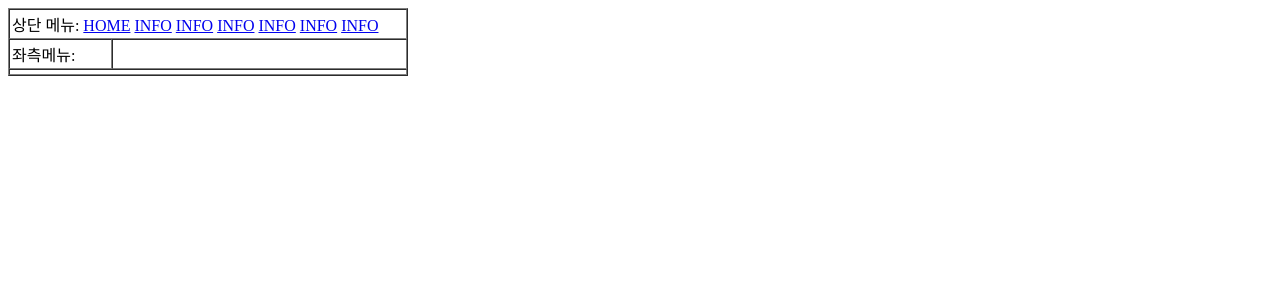
Repository: kwonminsung0/jspStudy
Page: http://localhost/jspStudy/temp/mainPage.jsp
These files come from the project's save history. The page is drawn as it stood at one moment and after the next save; the edit follows.
The browser window is 1280 px wide. The pictures show the whole page.
The page is served by Tomcat 9. Other server files are loaded and not shown.

Above is the page before, as saved 2024-12-10 01:31:29.

### jspStudy/src/main/webapp/temp/mainPage.jsp
<%@ page language="java" contentType="text/html; charset=UTF-8" pageEncoding="UTF-8"%>

<%
	request.setAttribute("PAGETITLE", "정보보기");
	request.setAttribute("CONTENTPAGE", "info_view.jsp");

	RequestDispatcher rd = request.getRequestDispatcher("/temp/template/template.jsp");
	rd.forward(request, response);
%>

<%-- <jsp:forward page="/temp/template/template.jsp">
	<jsp:param name="CONTENTPAGE" value="info_view.jsp" />
</jsp:forward> --%>

### jspStudy/src/main/webapp/temp/template/template.jsp
<%@ page language="java" contentType="text/html; charset=UTF-8" pageEncoding="UTF-8"%>

<%
	String pageTitle = (String) request.getAttribute("PAGETITLE");
	String contentPage = (String) request.getAttribute("CONTENTPAGE");
%>
<html>
<head>
<title><%=pageTitle%></title></head>
<body>
	<table width="400" border="1" cellpadding="2" cellspacing="0">
		<tr>
			<td colspan="2">
				<jsp:include page="/temp/module/top.jsp" flush="false" />
			</td>
		</tr>
		<tr>
			<td width="100" valign="top">
				<jsp:include page="/temp/module/left.jsp" flush="false" />
			</td>
			<td width="300" valign="top">
				<!-- 내용 부분: 시작 -->  <!-- 내용 부분: 끝 -->
			</td>
		</tr>
		<tr>
			<td colspan="2">

			</td>
		</tr>
	</table>
</body>
</html>

### jspStudy/src/main/webapp/temp/module/top.jsp
<%@ page language="java" contentType="text/html; charset=UTF-8" pageEncoding="UTF-8"%>
상단 메뉴:
<a href="#">HOME</a>
<a href="#">INFO</a>
<a href="#">INFO</a>
<a href="#">INFO</a>
<a href="#">INFO</a>
<a href="#">INFO</a>
<a href="#">INFO</a>

### jspStudy/src/main/webapp/temp/module/left.jsp
<%@ page language="java" contentType="text/html; charset=UTF-8"
    pageEncoding="UTF-8"%>
좌측메뉴:

### jspStudy/src/main/webapp/temp/module/bottom.jsp
<%@ page language="java" contentType="text/html; charset=UTF-8"
	pageEncoding="UTF-8"%>
하단메뉴: 소개 | 도움말 | 약관 | 사이트맵

After the next save:
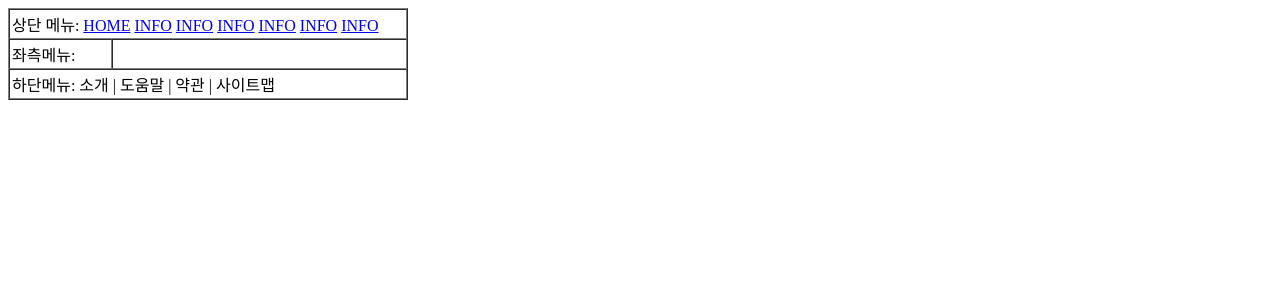
Saved 23 s later.
--- a/jspStudy/src/main/webapp/temp/template/template.jsp
+++ b/jspStudy/src/main/webapp/temp/template/template.jsp
@@ -24,7 +24,7 @@
 		</tr>
 		<tr>
 			<td colspan="2">
-
+				<jsp:include page="/temp/module/bottom.jsp" flush="false" />
 			</td>
 		</tr>
 	</table>
